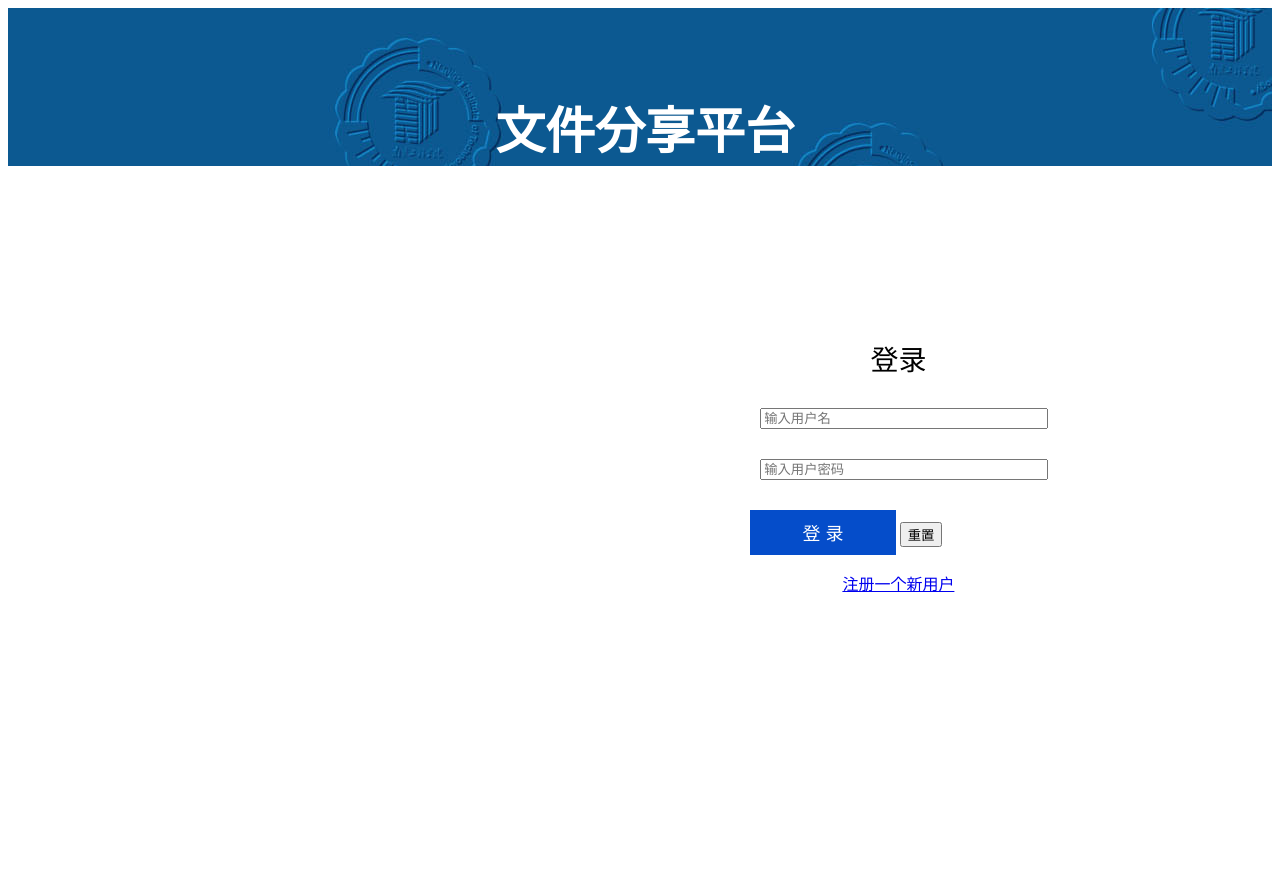
Repository: shunchensaber/Javaweb
Page: http://localhost/Web/MyHomePage.jsp
These files come from the project's save history. The page is drawn as it stood at one moment and after the next save; the edit follows.
The browser window is 1280 px wide. The pictures show the whole page.
The page is served by Tomcat 9.

Above is the page before, as saved 2019-04-01 08:36:04.

### Web/WebContent/MyHomePage.jsp
<%@ page language="java" contentType="text/html; charset=UTF-8"
    pageEncoding="UTF-8"%>
<!DOCTYPE html>
<html>
<head>
<style type="text/css">
@import url("Myhomepage.css");
@import url("./css/login.css");


</style>
<script type="text/javascript">
		function check() {
			var id = document.getElementsByTagName("input")[0];
			var pass = document.getElementsByTagName("input")[1];
			if(id==null)
				alert("请输入用户名");
			else if(pass==null)
				alert("请输入密码");
		}
	</script>
<meta charset="UTF-8">
<title>文件分享平台</title>
</head>
<body>



<table style="background-image: url('image/header_bg.jpg');width: 100%">
<tr>
<th><!--  <img src="./image/logo.png" style="padding-left: 150px">--></th>
	<th >
	<p class="a" style="padding-top: 30px;padding-bottom: 0px;margin-bottom: 0px">
	<font face="华文云彩">文件分享平台</font>
	</th>
	</table>

<div class="wrap" id="wrap">
	<div class="logGet">
			<!-- 头部提示信息 -->

				<p style="text-align: center;font-size: 28px;">登录</p>

			<form action="">
			<!-- 输入框 -->
			<div class="lgD">

				<input type="text"
					placeholder="输入用户名" style = "width: 280px;margin-left: 20px " />
			</div>
			<div class="lgD">

				<input type="text"
					placeholder="输入用户密码" style = "width: 280px;margin-left: 20px;"/>
			</div>
			<div class="logC">
				<button id="button1" onclick="check()">登 录</button>
				<a href="" ><button  class = "button1"   type="reset">重置</button></a>
			</div>
			</form>
			<a href="http://localhost:8080/Web/Register.jsp?userid=1&userpass=&sex=male&birthdate=" ><p style="text-align: center;">注册一个新用户</p></a>


		</div>
</div>





</body>
</html>

### Web/WebContent/Myhomepage.css
@charset "UTF-8";

#header
{

	background-image: url("image/header_bg.jpg");
	 min-width:1200px;
     margin:0 auto;



}
p.a
{
	font-size: 50px;
	color: white;
	font-family: fantasy;
}
#cont
{
	position: absolute;
	top:20px;
	right:1000px;
	background-image: url(image/bg.jpg);
}

### Web/WebContent/css/login.css
@charset "UTF-8";
#wrap {

	height: 719px;
	width: 100;
	position: relative;
}

#wrap .logGet {
	height: 408px;
	width: 368px;
	position: absolute;
	background-color: #FFFFFF;
	top: 20%;
	right: 15%;
}
#button1 {
	width: 46%;
	height: 45px;
	margin-left:10px;
	background-color:#054dca;
	border: none;
	color: white;
	font-size: 18px;
}
#p1 {

	font-size: 28px;
	margin-top: 30px;
	width: 86%;
}
#wrap .logGet .logD.logDtip {
	width: 86%;
	border-bottom: 1px solid #ee7700;
	margin-bottom: 60px;
	margin-top: 0px;
	margin-right: auto;
	margin-left: auto;
}
.logGet .lgD img {
	position: absolute;
	top: 12px;
	left: 8px;
}
.logGet .lgD input {

}
#wrap .logGet .lgD {
	width: 86%;
	position: relative;
	margin-bottom: 30px;
	margin-top: 30px;
	margin-right: auto;
	margin-left: auto;
}
#wrap .logGet .logC {
	width: 86%;
	margin-top: 0px;
	margin-right: auto;
	margin-bottom: 0px;
	margin-left: auto;
}

After the next save:
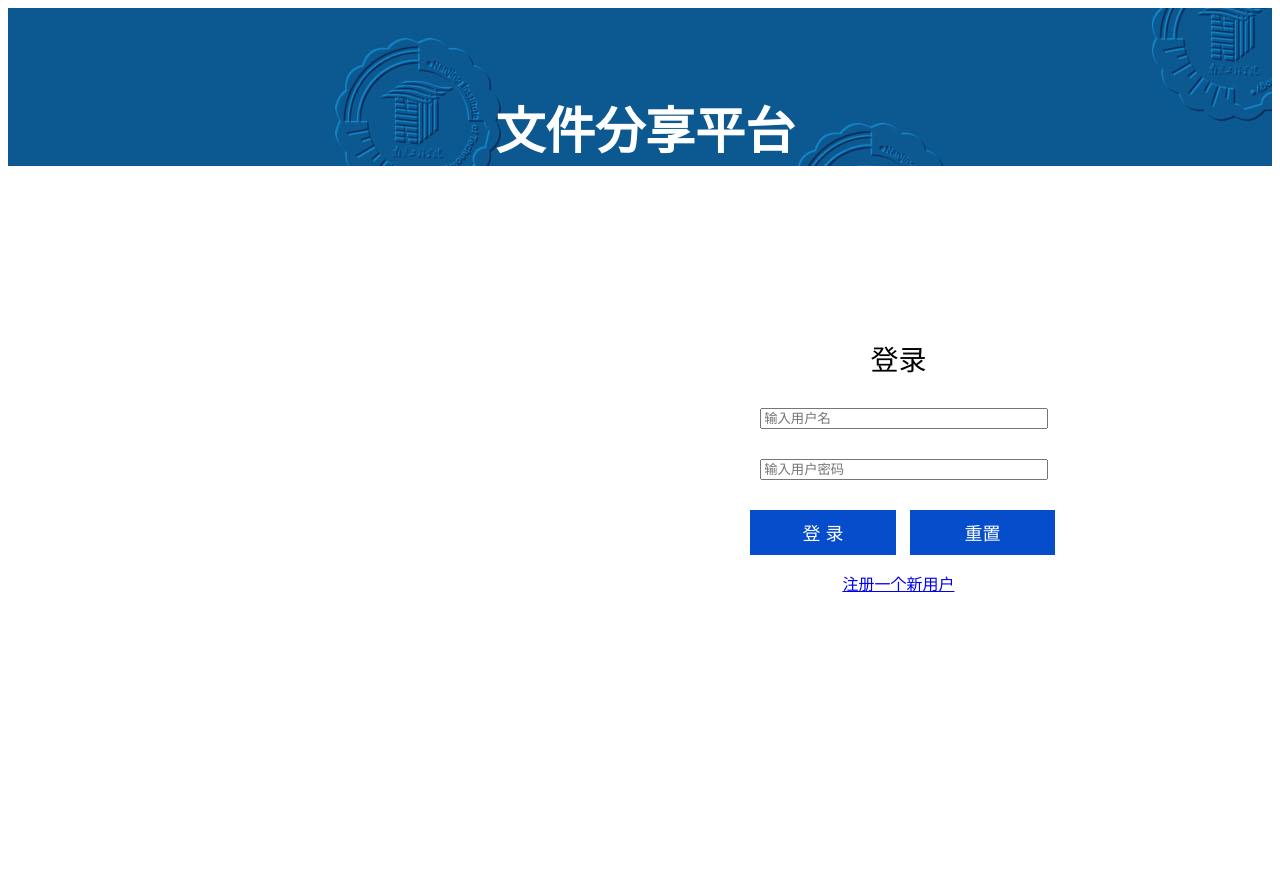
Saved 19 s later.
--- a/Web/WebContent/MyHomePage.jsp
+++ b/Web/WebContent/MyHomePage.jsp
@@ -55,7 +55,7 @@
 			</div>
 			<div class="logC">
 				<button id="button1" onclick="check()">登 录</button>
-				<a href="" ><button  class = "button1"   type="reset">重置</button></a>
+				<a href="" ><button     id= "button1"   type="reset">重置</button></a>
 			</div>
 			</form>
 			<a href="http://localhost:8080/Web/Register.jsp?userid=1&userpass=&sex=male&birthdate=" ><p style="text-align: center;">注册一个新用户</p></a>
